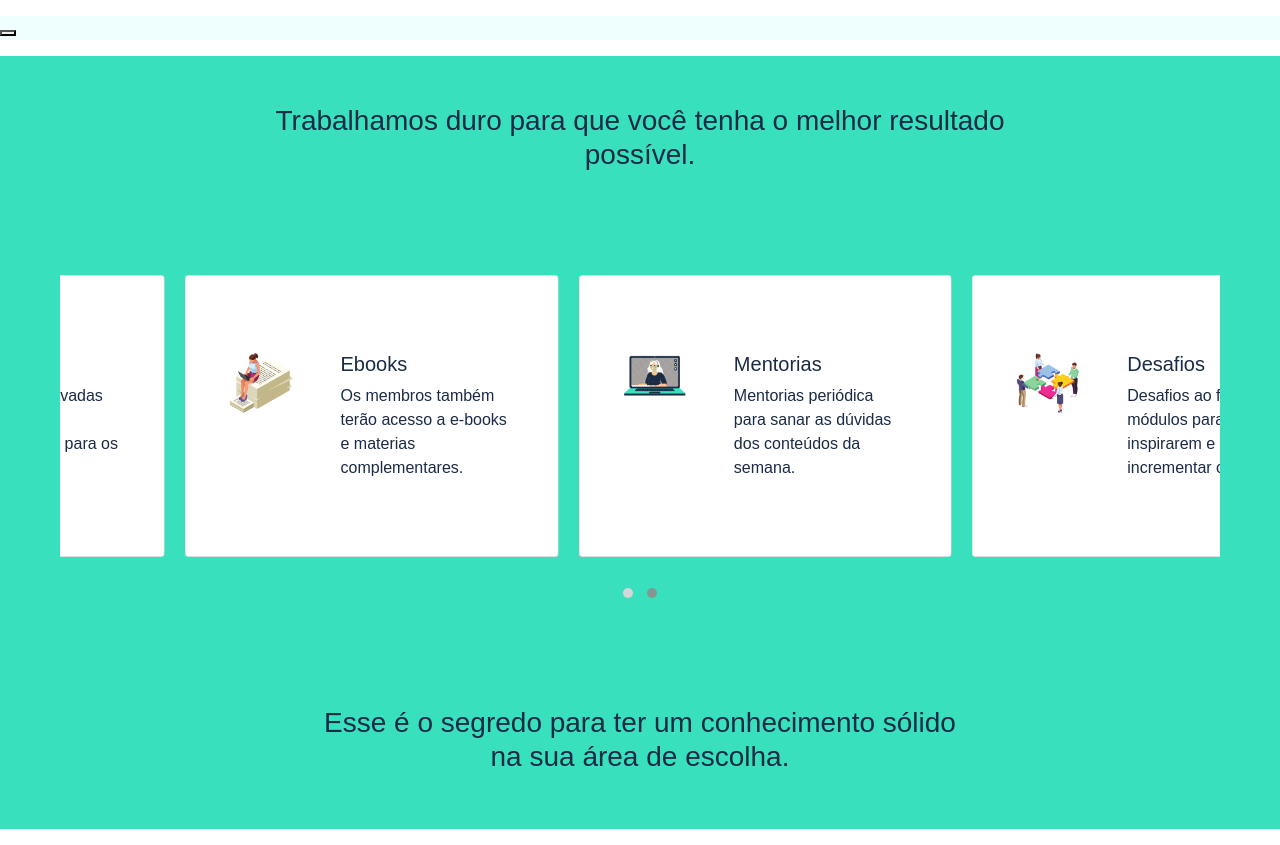
Repository: MarTech-Coders-Planejamento/site-oficial
Page: home.html
The author's editor kept a copy of each file at every save. The page is drawn from the files as they stood at one save, then again after the next save.
The browser window is 1280 px wide. The pictures show the whole page.
Some web fonts or font styles are not loaded; a fallback is used.

Above is the page before, as saved 2021-10-25 18:48:56.

### home.html
<!DOCTYPE html>
<html lang="pt-BR">
  <head>
    <meta charset="UTF-8" />
    <meta http-equiv="X-UA-Compatible" content="IE=edge" />
    <meta name="viewport" content="width=device-width, initial-scale=1.0" />
    <!--Fonts Google-->
    <link
      href="https://fonts.googleapis.com/css2?family=Tomorrow:wght@300;400;700&display=swap"
      rel="stylesheet"
    />

    <!-- Bootstrap CSS -->
    <link
      href="https://cdn.jsdelivr.net/npm/bootstrap@5.1.2/dist/css/bootstrap.min.css"
      rel="stylesheet"
      integrity="sha384-uWxY/CJNBR+1zjPWmfnSnVxwRheevXITnMqoEIeG1LJrdI0GlVs/9cVSyPYXdcSF"
      crossorigin="anonymous"
    />

    <!-- Styles -->
    <link rel="stylesheet" href="./css/home.css" />
    <link
      rel="stylesheet"
      href="https://cdnjs.cloudflare.com/ajax/libs/OwlCarousel2/2.3.4/assets/owl.carousel.min.css"
      integrity="sha512-tS3S5qG0BlhnQROyJXvNjeEM4UpMXHrQfTGmbQ1gKmelCxlSEBUaxhRBj/EFTzpbP4RVSrpEikbmdJobCvhE3g=="
      crossorigin="anonymous"
    />
    <link
      rel="stylesheet"
      href="https://cdnjs.cloudflare.com/ajax/libs/OwlCarousel2/2.3.4/assets/owl.theme.default.min.css"
      integrity="sha512-sMXtMNL1zRzolHYKEujM2AqCLUR9F2C4/05cdbxjjLSRvMQIciEPCQZo++nk7go3BtSuK9kfa/s+a4f4i5pLkw=="
      crossorigin="anonymous"
    />

    <title>Home</title>
  </head>
  <body>
    <div class="container-fluid">
      <!--cabeçalho fluido-->
      <header>
        <nav></nav>
      </header>
      <main>
        <section class="bg-one">
          <!--dobra1-->
          <article>
            <header></header>
            <h1></h1>
            <p></p>
            <figure></figure>
            <button></button>
          </article>
        </section>
        <section class="bg-two">
          <!--dobra2-->
          <article>
            <h2></h2>
            <p></p>
            <figure></figure>
          </article>
        </section>
        <section class="bg-one">
          <!--dobra3-->
          <article>
            <header></header>
            <p></p>
            <figure></figure>
          </article>
        </section>
        <section class="bg-two">
          <!--dobra4-->
          <div class="d-flex flex-column">
            <div class="d-flex flex-column">
              <p class="h3 p-5 text-center">
                Trabalhamos duro para que você tenha o melhor resultado <br />
                possível.
              </p>
            </div>
            <div class="row p-5" style="width: 100vw; margin: 0;">
              <div class="col-12">
                <div class="owl-carousel owl-theme">
                  <div class="card mb-3" style="max-width: 540px; padding: 20px;">
                    <div class="row g-0">
                      <div class="col-md-4 align-middle">
                        <img src="/image/icon-video.png" class="img-fluid rounded-start" alt="...">
                      </div>
                      <div class="col-md-8">
                        <div class="card-body">
                          <h5 class="card-title">Vídeo-aula</h5>
                          <p class="card-text">Vídeo-aulas gravadas que serão disponibilizadas para os membros.</p>
                        </div>
                      </div>
                    </div>
                  </div>

                  <div class="card mb-3" style="max-width: 540px; padding: 20px;">
                    <div class="row g-0">
                      <div class="col-md-4 align-middle">
                        <img src="/image/icon-ebook.png" class="img-fluid rounded-start" alt="...">
                      </div>
                      <div class="col-md-8">
                        <div class="card-body">
                          <h5 class="card-title">Ebooks</h5>
                          <p class="card-text">Os membros também terão acesso a e-books e materias complementares.</p>
                        </div>
                      </div>
                    </div>
                  </div>
                  <div class="card mb-3" style="max-width: 540px; padding: 20px;">
                    <div class="row g-0">
                      <div class="col-md-4 align-middle">
                        <img src="/image/icon-mentoria.png" class="img-fluid rounded-start" alt="...">
                      </div>
                      <div class="col-md-8">
                        <div class="card-body">
                          <h5 class="card-title">Mentorias</h5>
                          <p class="card-text">Mentorias periódica para sanar as dúvidas dos conteúdos da semana.</p>
                        </div>
                      </div>
                    </div>
                  </div>
                  <div class="card mb-3" style="max-width: 540px; padding: 20px;">
                    <div class="row g-0">
                      <div class="col-md-4 align-middle">
                        <img src="/image/icon-desafio.png" class="img-fluid rounded-start" alt="...">
                      </div>
                      <div class="col-md-8">
                        <div class="card-body">
                          <h5 class="card-title">Desafios</h5>
                          <p class="card-text">Desafios ao final dos módulos para inspirarem e incrementar o portfólio.</p>
                        </div>
                      </div>
                    </div>
                  </div>

                </div>
              </div>
            </div>
            <div class="d-flex flex-column">
              <p class="h3 p-5 text-center">
                Esse é o segredo para ter um conhecimento sólido <br />
                na sua área de escolha.
              </p>
            </div>
          </div>
        </section>
      </main>

      <footer class="bg-one">
        <!--footer-->
        <article></article>
        <p></p>
      </footer>
    </div>

    <!-- Owl Carousel -->

    <script src="https://cdnjs.cloudflare.com/ajax/libs/jquery/3.6.0/jquery.min.js"></script>

    <!-- Bootstrap Bundle javascript -->
    <script
      src="https://cdn.jsdelivr.net/npm/bootstrap@5.1.2/dist/js/bootstrap.bundle.min.js"
      integrity="sha384-kQtW33rZJAHjgefvhyyzcGF3C5TFyBQBA13V1RKPf4uH+bwyzQxZ6CmMZHmNBEfJ"
      crossorigin="anonymous"
    ></script>

    <!-- Owl Carousel -->

    <script
      src="https://cdnjs.cloudflare.com/ajax/libs/OwlCarousel2/2.3.4/owl.carousel.min.js"
      integrity="sha512-bPs7Ae6pVvhOSiIcyUClR7/q2OAsRiovw4vAkX+zJbw3ShAeeqezq50RIIcIURq7Oa20rW2n2q+fyXBNcU9lrw=="
      crossorigin="anonymous"
    ></script>

    <!-- Slider -->

    <script>
      $(".owl-carousel").owlCarousel({
        loop: true,
        autoplay: true,
        margin: 20,
        animateOut: "fadeOut",
        animateIn: "fadeIn",
        autoplayHoverPause: true,
        responsive: {
          0: {
            items: 1,
            nav: false,
          },
          600: {
            items: 2,
            nav: false,
          },
          1000: {
            items: 3,
            loop: false,
          },
        },
      });
    </script>
  </body>
</html>

### css/home.css
:root {
  --bg: #effffe;
  --bg2: #38e0be;
  --texto: #1a2b46;
}
* {
  font-family: "Tomorrow", sans-serif;
}

.container-fluid {
  padding-right: 0;
  padding-left: 0;
  margin-right: auto;
  margin-left: auto;
}

.bg-one {
  background-color: var(--bg);
  color: var(--texto);
}
.bg-two {
  background-color: var(--bg2);
  color: var(--texto);
}

/* Slider Container*/

.card-body{
  height: fit-content;
  padding: 3.5rem 1.5rem;
}

.img-fluid{
  padding: 3.5rem 1.5rem;
}

After the next save:
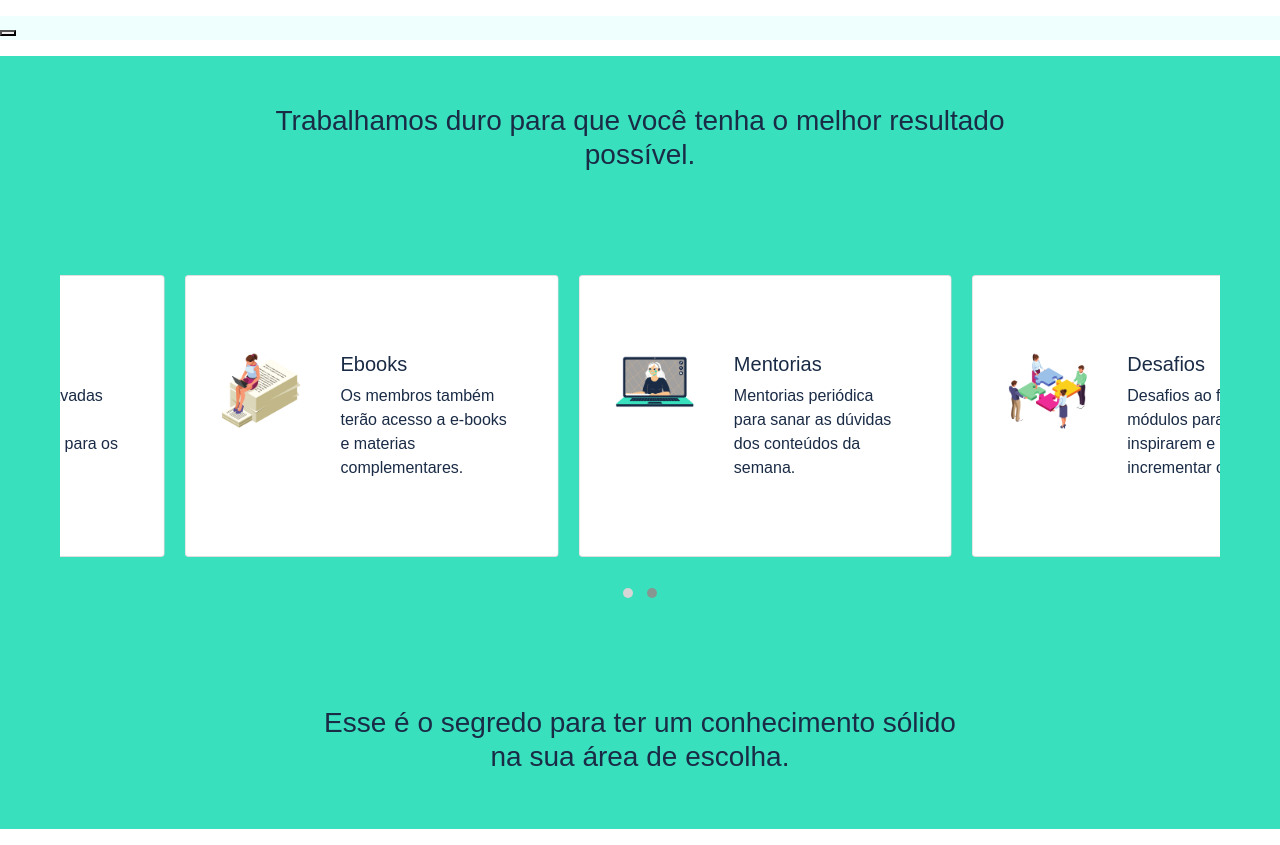
Saved 13 s later.
--- a/css/home.css
+++ b/css/home.css
@@ -31,5 +31,5 @@
 }
 
 .img-fluid{
-  padding: 3.5rem 1.5rem;
+  padding: 3.5rem 1rem;
 }
